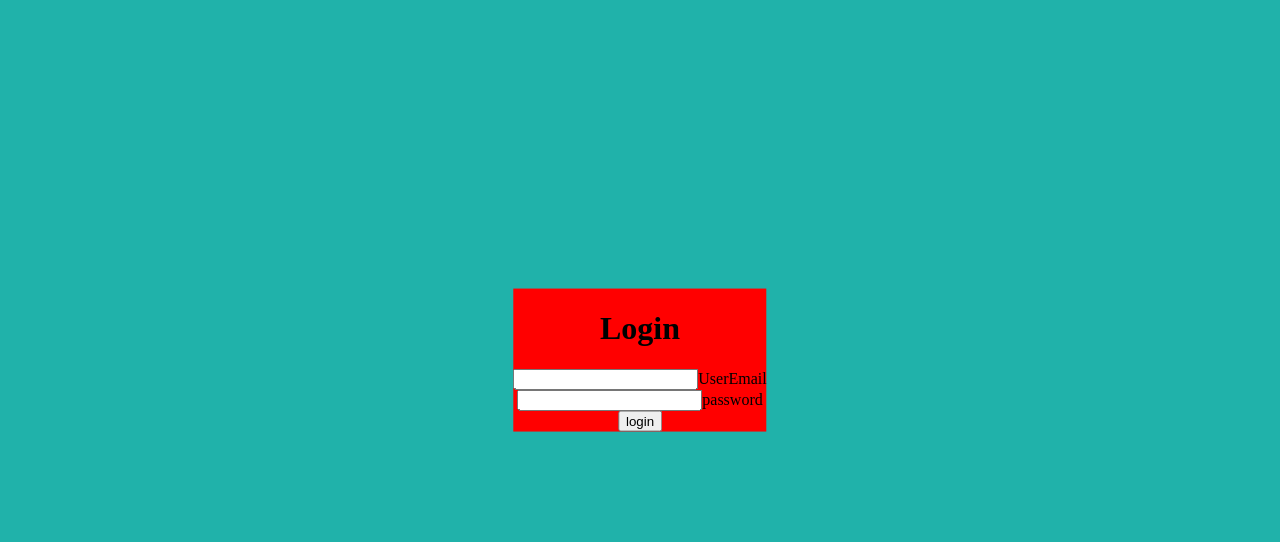
Repository: Aref19/eshop_frontEnd
Page: /
An editor plug-in stored every save of this project. The page is shown before and after a run of saves, followed by the edit.
The browser window is 1280 px wide. The pictures show the whole page.
The project was rebuilt for these pictures with package versions that can differ from the ones it lists, and the page was loaded fresh each time.

Above is the page before, as saved 2023-02-23 20:39:23.

After the next 2 saves:
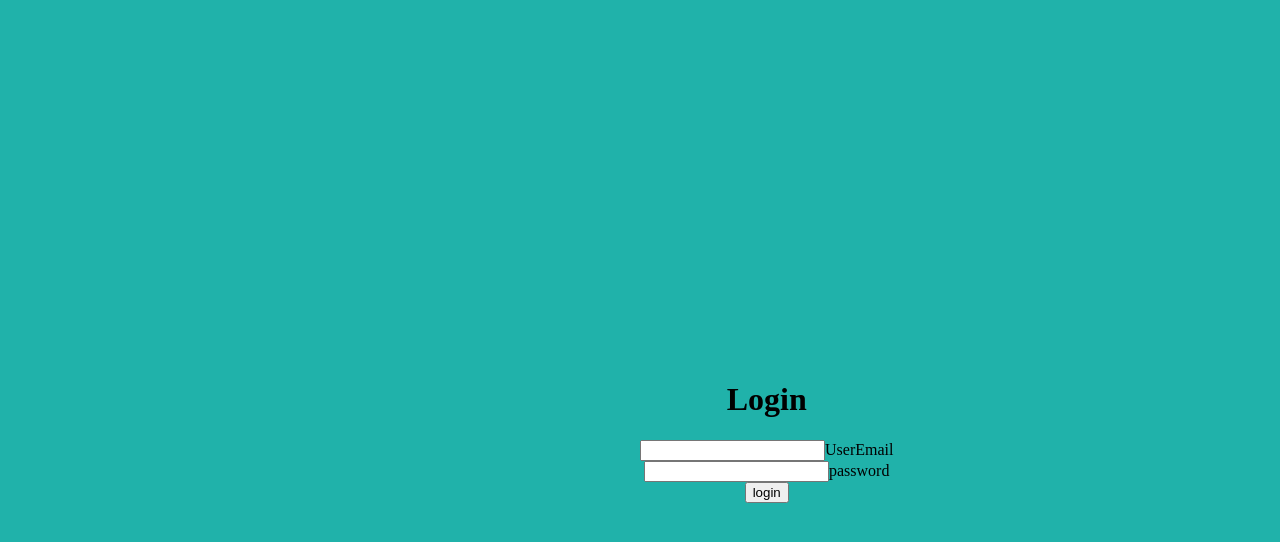
The 2 saves are shown as one change because they came seconds apart.
The last was saved 11 s later.
--- a/src/css/Login.css
+++ b/src/css/Login.css
@@ -13,6 +13,6 @@ body{
     position: absolute;
     top: 50%;
     left: 50%;
-    transform: translate(-50%,-50%);
-    background-color: red;
+
+
 }
